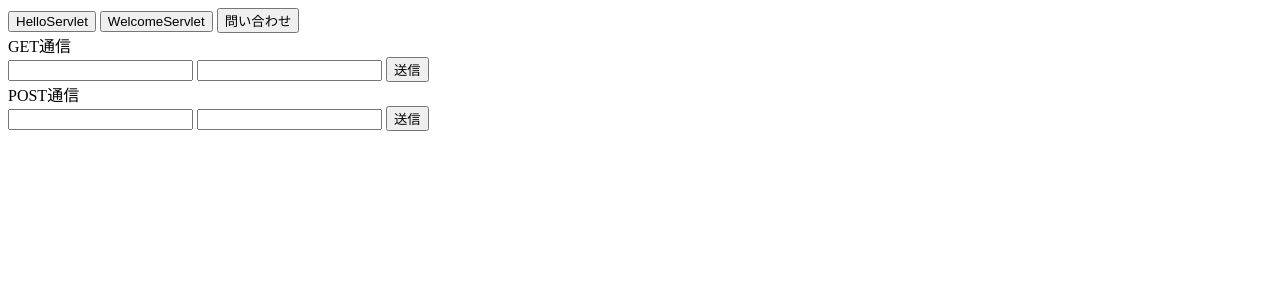
Repository: Sakamoto-Akira/test
Page: http://localhost/HelloServlet/
These files come from the project's save history. The page is drawn as it stood at one moment and after the next save; the edit follows.
The browser window is 1280 px wide. The pictures show the whole page.
The page is served by Tomcat 9.

Above is the page before, as saved 2019-04-23 01:33:30.

After the next save:
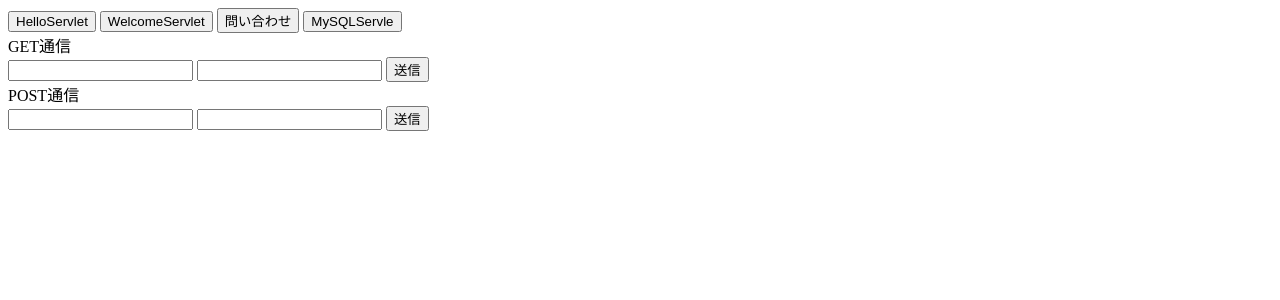
Saved 12 min 55 s later.
--- a/HelloServlet/WebContent/index.jsp
+++ b/HelloServlet/WebContent/index.jsp
@@ -12,6 +12,7 @@
 <input type="button" value="HelloServlet" onClick="location.href='HelloServlet'">
 <input type="button" value="WelcomeServlet" onClick="location.href='welcome.jsp'">
 <input type="button" value="問い合わせ" onClick="location.href='inquiry.jsp'">
+<input type="button" value="MySQLServle" onClick="location.href='MySQLServlet'">
 <br>
 GET通信
 <form method="get" action="TestServlet">
